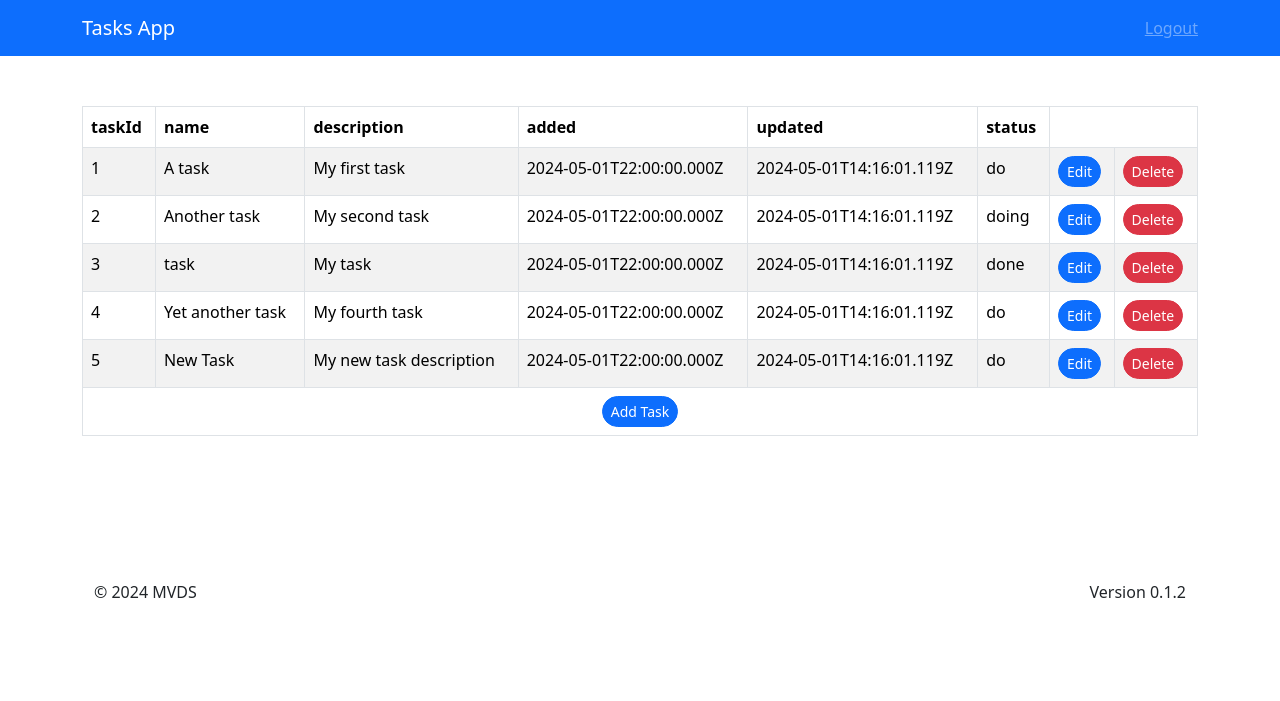
Repository: trider/react-task-manager
Page: /#/tasks
The author's editor kept a copy of each file at every save. The page is drawn from the files as they stood at one save, then again after the next save.
The browser window is 1280 px wide. The pictures show the whole page.
The project was rebuilt for these pictures with package versions that can differ from the ones it lists, and the page was loaded fresh each time. Also part of the build but not shown: src/App.css, src/data/_Users.js, src/pages/Login.js.

Above is the page before, as saved 2024-05-07 17:58:52.

### src/App.js
// import logo from './logo.svg';
import './App.css';
import 'bootstrap/dist/css/bootstrap.min.css';
// import { BrowserRouter, Routes, Route } from "react-router-dom";
import {HashRouter as Router, Routes, Route} from "react-router-dom";
import LoginForm from "./pages/Login";
import TaskList from "./pages/Task";

// const path = process.env.REACT_APP_FOR_PATH;

function App() {
  return (
    <div>
      <Router baseline="/">
        <Routes>
          <Route index element={<LoginForm />} />
            <Route path="login" element={<LoginForm />} />
            <Route path="tasks" element={<TaskList />} />
        </Routes>
      </Router>
    </div>
  );
}

export default App;

### src/pages/Task.js
import * as React from 'react';

import { useState } from 'react';

import Table from 'react-bootstrap/Table';
import Container from 'react-bootstrap/Container';
import Button from 'react-bootstrap/Button';
import Form from 'react-bootstrap/Form';

import NavbarComponent from '../components/Navigation';
import Footer from '../components/Footer';

import userTasks from '../data/_Tasks';
import tableCols from '../data/_Cols';




const TaskTable = () => {

  const [tasks, setTasks] = useState(userTasks);
  const [taskName, setTaskName] = useState("A Task");
  const [taskDescription, setTaskDescription] = useState("Task Description");
  const [dateAdded, setDateAdded] = useState(new Date().toISOString());
  const [dateUpdated, setDateUpdated] = useState(new Date().toISOString());
  const [taskStatus, setTaskStatus] = useState("do");
  const [isAdd, setIsAdd] = useState(false);


  const addTask = (task) => {
    setDateAdded(new Date().toISOString());
    setDateUpdated(new Date().toISOString());
    setTaskStatus('do');
    setIsAdd(false);
    setTasks([...tasks, { id: tasks.length + 1, ...task }]);
  }

  const editTask = (task) => {

    setIsAdd(false);
    setTasks(tasks.map((t) => {
      if (tasks.filter((t) => t.isEdit === true).length < 1) {
        if (t.taskId === task.taskId) t.isEdit = !t.isEdit;
      }

      return t
    }));


  }

  const getButton = (task) => {

    if (task.isEdit) {
      return <Button variant="primary rounded-pill" size='sm' onClick={(e) => updateTask(task)}>
        Update
      </Button>
    }
    else {
      return <Button variant="primary rounded-pill" size='sm' onClick={(e) => editTask(task)}>
        Edit
      </Button>
    }

  }

  const updateTask = (task) => {






    setTasks(tasks.map((t) => {
      setTaskName(t.name);
      setTaskDescription(t.description);
      if (t.taskId === task.taskId) {
        t.isEdit = !t.isEdit;
        t.name = taskName;
        t.description = taskDescription;
        t.updated = new Date().toISOString();
        t.status = taskStatus;
      }
      return t;
    }));
    setIsAdd(false);



  }

  const deleteTask = (task) => {
    setTasks(tasks.filter((t) => t.taskId !== task.taskId));
  }

  const getTask = (task, col) => {
    if (task.isEdit) {
      if (col === 'name') {
        return <Form.Control
          type="text"
          value={taskName}
          onChange={(e) => setTaskName(e.target.value)}
        />
      }
      else if (col === 'description') {
        return <Form.Control
          type="text"
          value={taskDescription}
          onChange={(e) => setTaskDescription(e.target.value)}
        />
      }
      else if (col === 'status') {
        return <Form.Control
          type="text"
          value={taskStatus}
          onChange={(e) => setTaskStatus(e.target.value)}
        />
      }
      else {
        return task[col]
      }


    }
    else {
      return task[col]
    }


  }



  const showTableBody = () => {

    if (isAdd) {

      return <tbody>

        <tr>
          <td>
            {tasks.length + 1}
          </td>
          <td>
            <Form.Control
              type="text"
              value={taskName}
              onChange={(e) => setTaskName(e.target.value)}
            />
          </td>
          <td>
            <Form.Control
              type="text"
              value={taskDescription}
              onChange={(e) => setTaskDescription(e.target.value)}

            />
          </td>
          <td>
            {dateAdded}
          </td>
          <td>
            {dateUpdated}
          </td>
          <td>
            do
          </td>

          <td colSpan='2'>
            <div className="d-grid gap-2 d-md-flex justify-content-md-center">

              <Button variant="primary rounded-pill" size='sm' onClick={(e) => addTask({
                name: taskName,
                description: taskDescription,
                user: 'jonnygold',
                status: 'do',
                taskId: tasks.length + 1,
                added: new Date().toISOString(),
                updated: new Date().toISOString(),
                isActive: true,
                isEdit: false
              })}>
                Add
              </Button>
            </div>
          </td>
        </tr>



      </tbody>



    }
    else {
      return <tbody>
        {tasks.map((task) => (
          <tr key={task.id}>
            {tableCols.map((col) => (
              <td key={col}>

                {getTask(task, col)}

              </td>
            ))}

            <td>
              {getButton(task)}
            </td>
            <td>
              <Button variant="danger rounded-pill" size='sm' onClick={(e) => deleteTask(task)}>
                Delete
              </Button>
            </td>
          </tr>
        ))}



        <tr>

          <td colSpan={tableCols.length + 2} style={{ backgroundColor: "white" }}>
            <div className="d-grid gap-2 d-md-flex justify-content-md-center">
              <Button variant="primary rounded-pill" size='sm' onClick={(e) => setIsAdd(!isAdd)}>
                Add Task
              </Button>
            </div>
          </td>
        </tr>
      </tbody>

    }


  }






  return (
    <div >
      <Table striped bordered hover size="lg">
        <thead>
          <tr>
            {tableCols.map((col) => (
              <th key={col}>{col}</th>
            ))}
            <th colSpan={"2"}></th>
          </tr>
        </thead>

        {showTableBody()}

      </Table>




    </div>
  );
}


const TaskList = () => {
  return (
    <div>

      <NavbarComponent />
      <Container style={{ marginTop: "50px" }}>

        <div style={{ marginTop: "50px" }}>
          <TaskTable />
        </div>

      </Container>
      <Container style={{paddingTop:'10%'}} >
        <Footer />
      </Container>

    </div>
  );
}

export default TaskList;

### src/components/Footer.js
import * as React from 'react';
import Container from 'react-bootstrap/Container';
import Row from 'react-bootstrap/Row';
import Col from 'react-bootstrap/Col';


const Footer = () => {
  return (
    <footer>
      <Container >
      <Row>
        <Col sm={8}>&copy; 2024 MVDS</Col>
        <Col style={{textAlign:"right"}}>Version 0.1.2</Col>
      </Row>
      </Container>
    </footer>
  );
}

export default Footer;

### src/components/Navigation.js
import * as React from 'react';
import Container from 'react-bootstrap/Container';
import Nav from 'react-bootstrap/Nav';
import Navbar from 'react-bootstrap/Navbar';
import {Link as ReactLink} from "react-router-dom";






const NavbarComponent = () => {
  return (
    <Navbar bg="primary" expand="lg" data-bs-theme="dark">
      <Container>
        <Navbar.Brand href="#home">Tasks App</Navbar.Brand>
        <Navbar.Toggle aria-controls="basic-navbar-nav" />
        <Navbar.Collapse id="basic-navbar-nav">
          <Nav className="me-auto" >
          </Nav>

          <div className='Nav'>
            <ReactLink to="/login">Logout</ReactLink>
          </div>
        </Navbar.Collapse>
      </Container>
    </Navbar>
  );
}



export default NavbarComponent;

### src/data/_Tasks.js
const userTasks= [
 {
   id: "6630ab326e723ac1ea6dce7a",
   description: "My first task",
   name: "A task",
   taskId: 1,
   user: "jonnygold",
   added: "2024-05-01T22:00:00.000Z",
   updated: "2024-05-01T14:16:01.119Z",
   status: "do",
   isActive: true,
   isEdit: false
 },
 {
   id: "6630fe5d6e723ac1ea6dce7e",
   description: "My second task",
   name: "Another task",
   taskId: 2,
   user: "jonnygold",
   added: "2024-05-01T22:00:00.000Z",
   updated:"2024-05-01T14:16:01.119Z",
   status: "doing",
   isActive: true,
   isEdit: false
 },
 {
   id: "6630fe826e723ac1ea6dce7f",
   description: "My task",
   name: "task",
   taskId: 3,
   user: "jonnygold",
   added: "2024-05-01T22:00:00.000Z",
   updated:"2024-05-01T14:16:01.119Z",
   status: "done",
   isActive: true,
   isEdit: false
 },
 {
   id: "6631f17cc4c9b7f5ab3c28c3",
   name: "Yet another task",
   description: "My fourth task",
   user: "jonnygold",
   taskId: 4,
   added: "2024-05-01T22:00:00.000Z",
   updated:"2024-05-01T14:16:01.119Z",
   isActive: true,
   status: "do",
   isEdit: false

 },
 {
   id: "66323f0d54b80929f84ebdd2",
   user: "jonnygold",
   name: "New Task",
   description: "My new task description",
   status: "do",
   taskId: 5,
   added: "2024-05-01T22:00:00.000Z",
   updated:"2024-05-01T14:16:01.119Z",
   isActive: true,
   isEdit: false
 }

]

export default userTasks

### src/data/_Cols.js
const tableCols = [
 'taskId',
 'name',
 'description',
 'added',
 'updated',
 'status',
];

export default tableCols

Loaded but not shown: public/index.html (common file); src/index.js (common file); src/index.css (common file); src/reportWebVitals.js (common file)

After the next save:
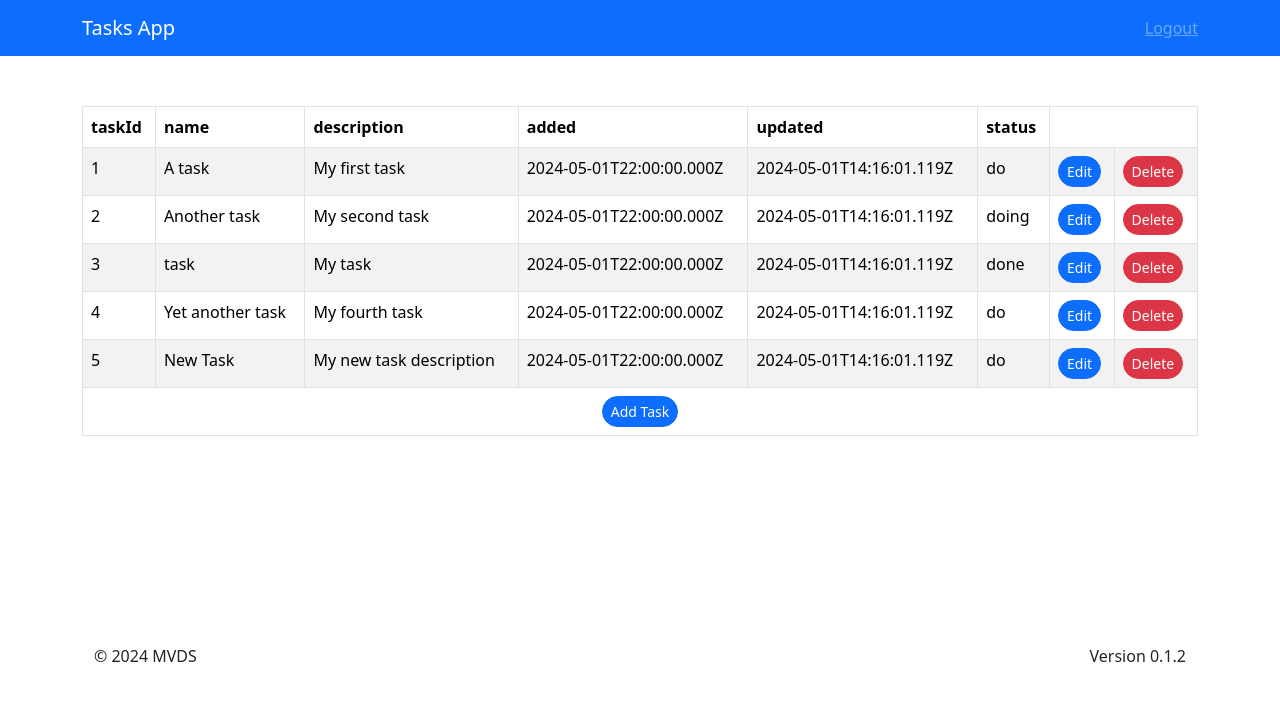
Saved 7 s later.
--- a/src/pages/Task.js
+++ b/src/pages/Task.js
@@ -276,7 +276,7 @@ const TaskList = () => {
         </div>
 
       </Container>
-      <Container style={{paddingTop:'10%'}} >
+      <Container style={{paddingTop:'15%'}} >
         <Footer />
       </Container>
 
